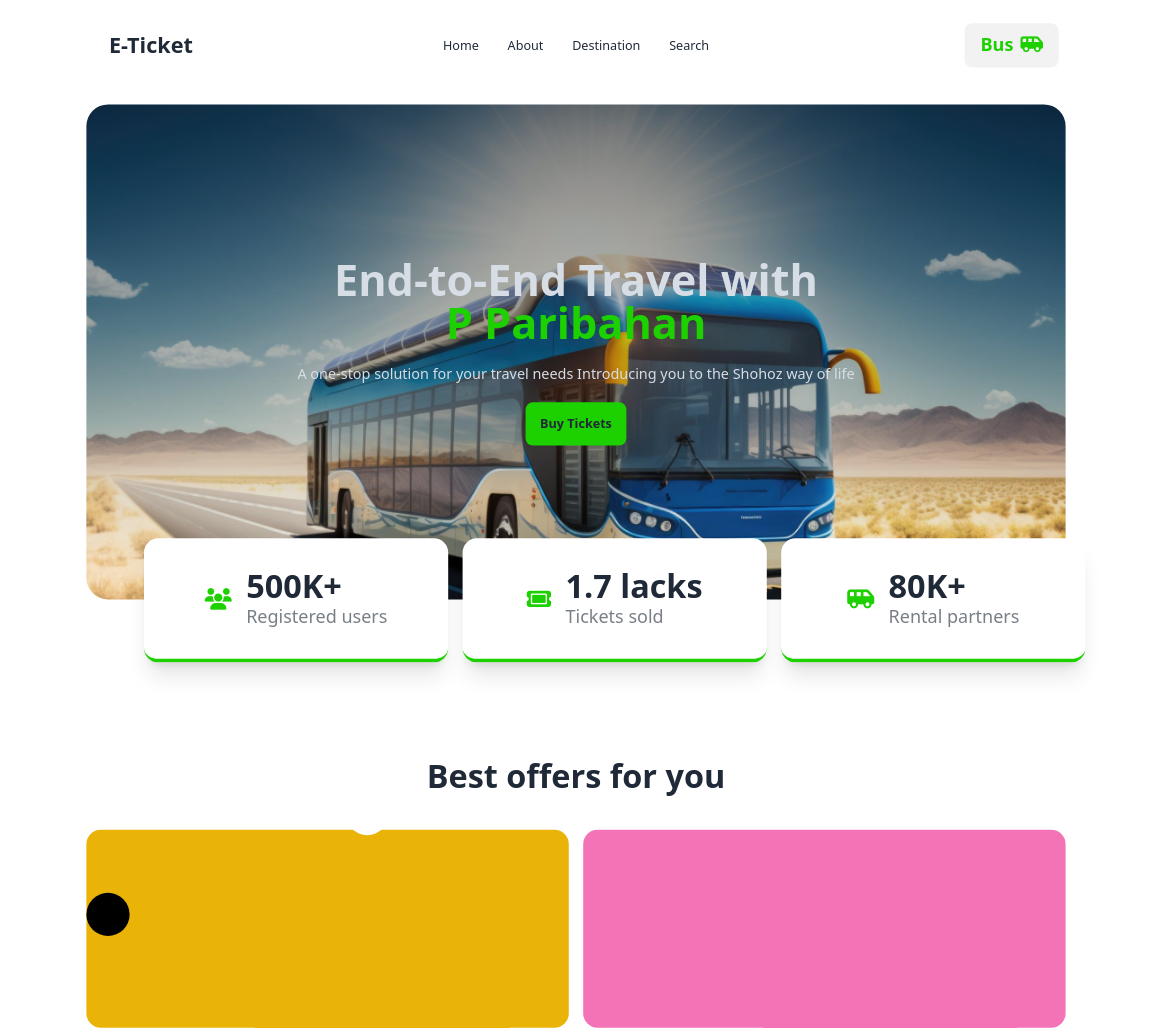
Repository: RudrasahaDibos/Smart-ticketing
Page: index.html
An editor plug-in stored every save of this project. The page is shown before and after a run of saves, followed by the edit.
The browser window is 1280 px wide. The pictures show the whole page, at 90% of full size.
Some web fonts or font styles are not loaded; a fallback is used. Some web libraries are served in a nearby version.

Above is the page before, as saved 2024-11-10 01:16:15.

### index.html
<!DOCTYPE html>
<html lang="en">
<head>
    <meta charset="UTF-8">
    <meta name="viewport" content="width=device-width, initial-scale=1.0">
    <title>Smart-ticketing</title>
    <!-- tailwind link -->
<link href="https://cdn.jsdelivr.net/npm/daisyui@4.12.14/dist/full.min.css" rel="stylesheet" type="text/css" />
<script src="https://cdn.tailwindcss.com"></script>
<!-- font awesome link -->
<link rel="stylesheet" href="https://cdnjs.cloudflare.com/ajax/libs/font-awesome/6.6.0/css/all.min.css" integrity="sha512-Kc323vGBEqzTmouAECnVceyQqyqdsSiqLQISBL29aUW4U/M7pSPA/gEUZQqv1cwx4OnYxTxve5UMg5GT6L4JJg==" crossorigin="anonymous" referrerpolicy="no-referrer" />

<!-- google fonts  -->
<link rel="preconnect" href="https://fonts.googleapis.com">
<link rel="preconnect" href="https://fonts.gstatic.com" crossorigin>
<link href="https://fonts.googleapis.com/css2?family=Anton+SC&family=Manrope:wght@200..800&family=Raleway:ital,wght@0,100..900;1,100..900&display=swap" rel="stylesheet">

<style>
.raleway{
  font-family: "Raleway", sans-serif;
}
</style>



</head>
<body>
    <!-- header ends here -->
    <header  class="container mx-auto lg:pl-24 lg:pr-24 lg:pt-4 w-[1400px]">
               <div>
                <!-- navbar starts here -->
                <div class="navbar bg-base-100">
                    <div class="navbar-start">
                      <div class="dropdown">
                        <div tabindex="0" role="button" class="btn btn-ghost lg:hidden">
                          <svg
                            xmlns="http://www.w3.org/2000/svg"
                            class="h-5 w-5"
                            fill="none"
                            viewBox="0 0 24 24"
                            stroke="currentColor">
                            <path
                              stroke-linecap="round"
                              stroke-linejoin="round"
                              stroke-width="2"
                              d="M4 6h16M4 12h8m-8 6h16" />
                          </svg>
                        </div>
                        <ul
                          tabindex="0"
                          class="menu menu-sm dropdown-content bg-base-100 rounded-box z-[1] mt-3 w-52 p-2 shadow">
                          <li><a>Home</a></li>
                          <li><a>About</a></li>
                          <li><a>Destination</a></li>
                          <li><a>Search</a></li>
                        </ul>
                      </div>
                      <a class="btn btn-ghost text-2xl font-extrabold">E-Ticket</a>
                    </div>
                    <div class="navbar-center hidden lg:flex">
                      <ul class="menu menu-horizontal px-1">
                        <li><a>Home</a></li>
                        <li><a>About</a></li>
                        <li><a>Destination</a></li>
                        <li><a>Search</a></li>
                      </ul>
                    </div>
                    <div class="navbar-end">
                      <a class="btn text-[#1DD100]  border-1  text-xl">Bus <i class="fa-solid fa-van-shuttle"></i></a>
                    </div>
                  </div>
               </div>

              <!-- banner start here -->

              <div
              class="hero h-[550px] mt-8 bg-[url('/images/banner.png')] rounded-3xl relative">

              <div class="hero-content text-neutral-content text-center">
                <div class="">
                  <h1 class="mb-5 text-5xl font-extrabold">End-to-End Travel with <br> <span class="text-5xl text-[#1DD100]  font-extrabold">P Paribahan</span></h1>
                  <p class="mb-5">
                    A one-stop solution for your travel needs

                    Introducing you to the Shohoz way of life
                  </p>
                  <button class="btn bg-[#1DD100] border-none">Buy Tickets</button>
                </div>
              </div>
            </div>



                 <!-- banner end here -->

                <!-- 3 card start here  -->

                        <div class=" flex justify-between items-center gap-4 pl-16 pr-16 absolute -bottom-4   ">
                            <div class="stat flex bg-white justify-center items-center shadow-xl  border-b-4 border-b-[#1DD100]  rounded-2xl w-[338px] h-[138px]">
                                <div class="text-[#1DD100] text-2xl font-extrabold ">
                                    <i class="fa-solid fa-users"></i>
                                  </div>

                             <div>
                                <div class="stat-value">500K+</div>
                                <div class="stat-desc text-xl ">Registered users</div>
                             </div>


                            </div>

                            <div class="stat flex bg-white justify-center items-center  border-b-4 border-b-[#1DD100] shadow-xl  rounded-2xl w-[338px] h-[138px]">
                                <div class="text-[#1DD100] text-2xl font-extrabold ">
                                    <i class="fa-solid fa-ticket  "></i>

                                  </div>

                             <div>
                                <div class="stat-value">1.7 lacks</div>
                                <div class="stat-desc text-xl ">Tickets sold</div>
                             </div>


                            </div>

                            <div class="stat flex bg-white justify-center items-center  border-b-4 border-b-[#1DD100] shadow-xl  rounded-2xl w-[338px] h-[138px]">
                                <div class="text-[#1DD100] text-2xl font-extrabold ">
                                    <i class="fa-solid fa-van-shuttle"></i>

                                  </div>

                             <div>
                                <div class="stat-value">80K+</div>
                                <div class="stat-desc text-xl ">Rental partners</div>
                             </div>


                            </div>
                          </div>




                  <!-- 3 card ends here -->

               <!-- navbar Ends here -->
    </header>
    <!-- header ends here -->


     <!-- main start here -->
    <main class="container mx-auto lg:pl-24 lg:pr-24 lg:pt-4 w-[1400px]" >
                  <!-- Best offers for you start here -->
                     <section class="mt-40">
                               <h1 class="text-4xl font-semibold text-center">Best offers for you</h1>

                                <div class="flex gap-4 mt-10">
                                    <div class="bg-yellow-500  w-[573px] h-[220px] rounded-2xl">
                                               <p class="bg-white w-[48px] h-[48px] absolute mx-auto rounded-full  -bottom-52 ml-72 "></p>
                                               <p class="bg-black w-[48px] h-[48px] absolute mx-auto rounded-full -bottom-80  "></p>
                                    </div>
                                    <div class="bg-pink-400   w-[573px] h-[220px] rounded-2xl">

                                    </div>
                                </div>
                     </section>

                  <!-- Best offers for you ends here -->
    </main>
    <!-- main ends here -->



    <!-- js add -->
     <script src="index.js"></script>
</body>
</html>

Loaded but not shown: index.js (common file)

After the next 2 saves:
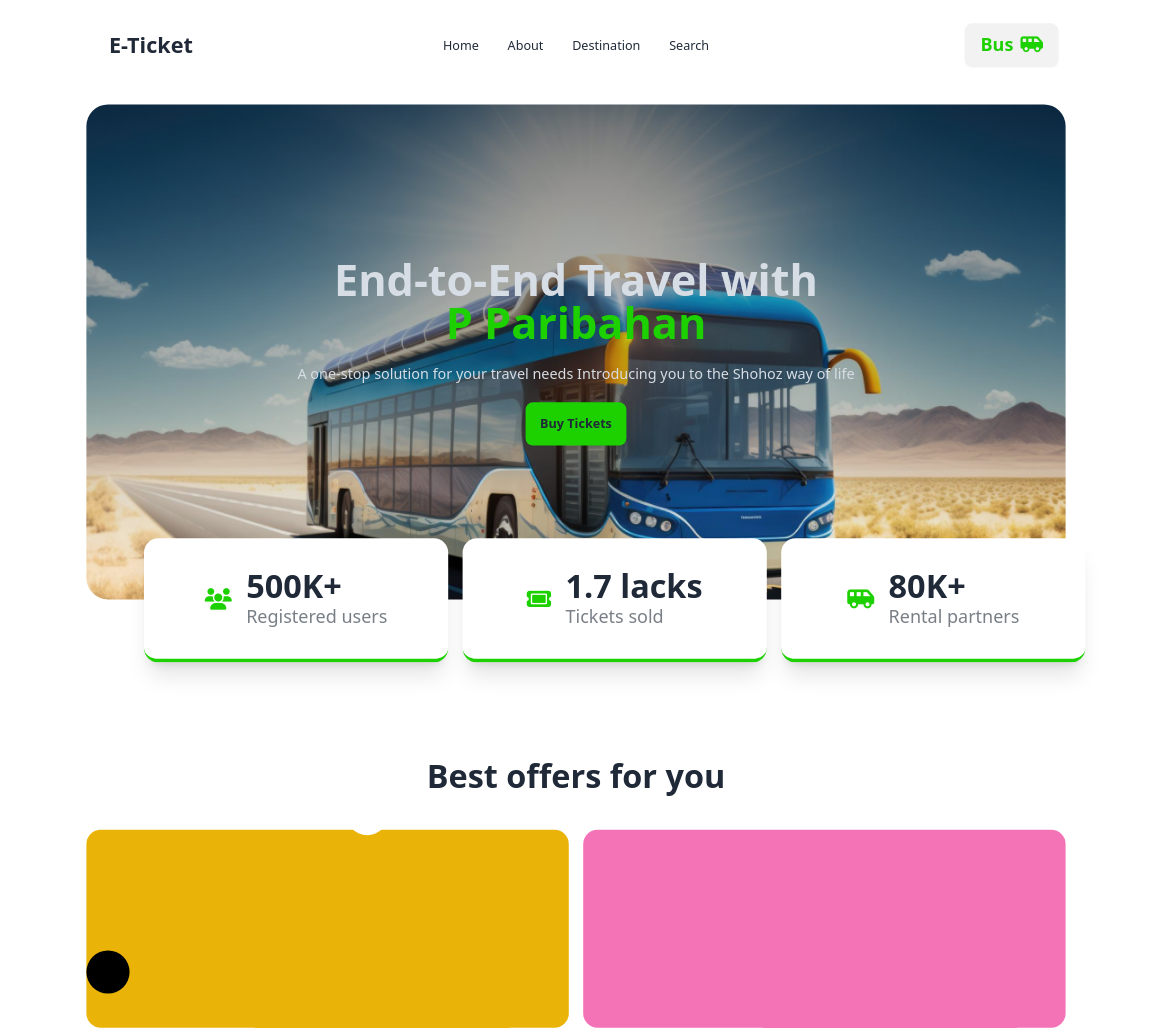
The 2 saves are shown as one change because they came seconds apart.
The last was saved 7 s later.
--- a/index.html
+++ b/index.html
@@ -157,7 +157,7 @@
                                 <div class="flex gap-4 mt-10">
                                     <div class="bg-yellow-500  w-[573px] h-[220px] rounded-2xl">
                                                <p class="bg-white w-[48px] h-[48px] absolute mx-auto rounded-full  -bottom-52 ml-72 "></p>
-                                               <p class="bg-black w-[48px] h-[48px] absolute mx-auto rounded-full -bottom-80  "></p>
+                                               <p class="bg-black w-[48px] h-[48px] absolute mx-auto rounded-full -bottom-96  "></p>
                                     </div>
                                     <div class="bg-pink-400   w-[573px] h-[220px] rounded-2xl">
 
